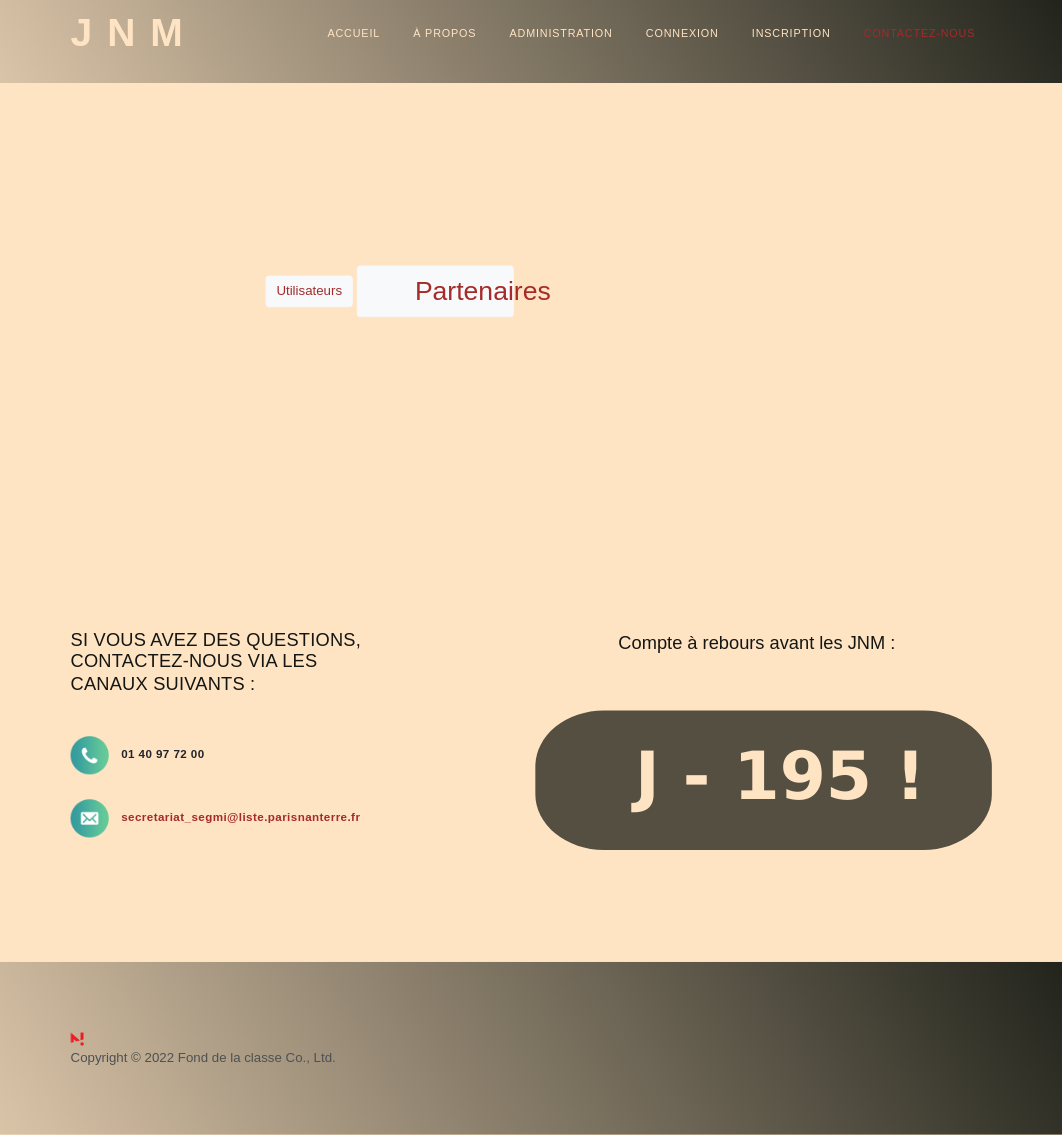
Repository: RiadNadri/ProjetWeb2022
Page: templates/Admin/admin.html.twig
The author's editor kept a copy of each file at every save. The page is drawn from the files as they stood at one save, then again after the next save.
The browser window is 1280 px wide. The pictures show the whole page, at 83% of full size.
Some web fonts or font styles are not loaded; a fallback is used. The page is a Twig template of a Symfony application; nobody is signed in and links lead nowhere. The template is opened directly, without the code that normally fills it, so the values that code supplies are empty.

Above is the page before, as saved 2022-12-24 17:12:53.

After the next save:
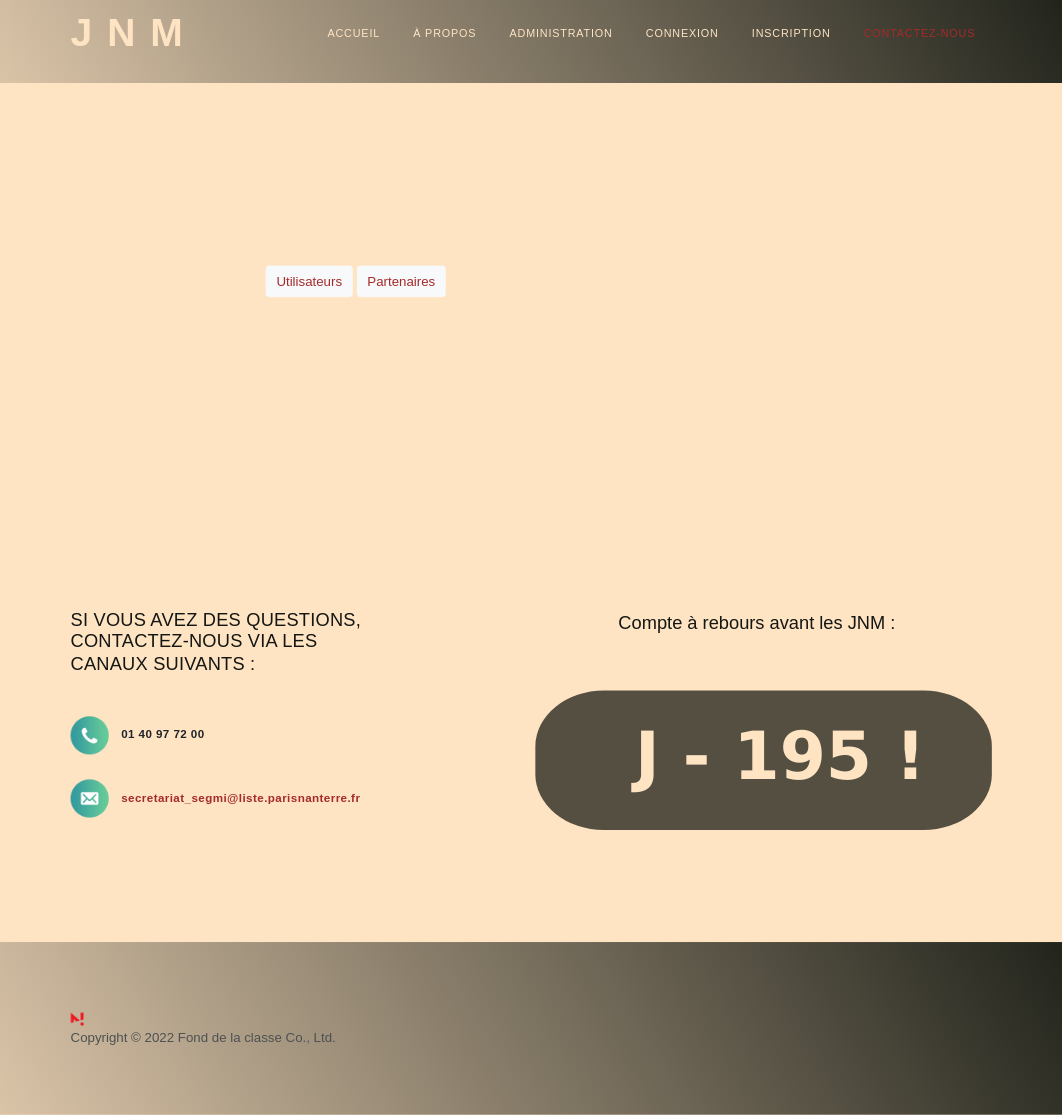
Saved 32 s later.
--- a/templates/Admin/admin.html.twig
+++ b/templates/Admin/admin.html.twig
@@ -22,7 +22,7 @@
         <a href="{{path('app_user')}}">Utilisateurs</a>
     </div>
     <div class="btn btn-light" >
-        <a class="buttonPartenaire" href="{{path('app_partenaire')}}">Partenaires</a>
+        <a  href="{{path('app_partenaire')}}">Partenaires</a>
     </div>
 </div>
 {% endblock %}
